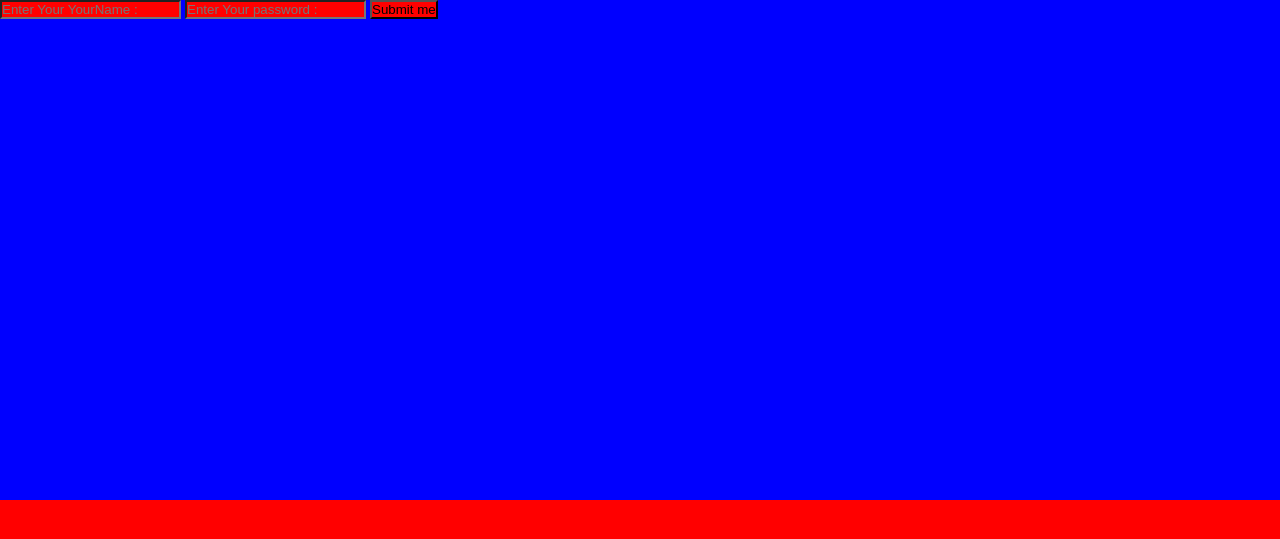
Repository: Deepak-Mane1902/simple-Calculator-using-JSP-Servlet
Page: http://localhost/webProject/
The author's editor kept a copy of each file at every save. The page is drawn from the files as they stood at one save, then again after the next save.
The browser window is 1280 px wide. The pictures show the whole page.
The page is served by Tomcat 9.

Above is the page before, as saved 2024-12-14 17:34:31.

After the next save:
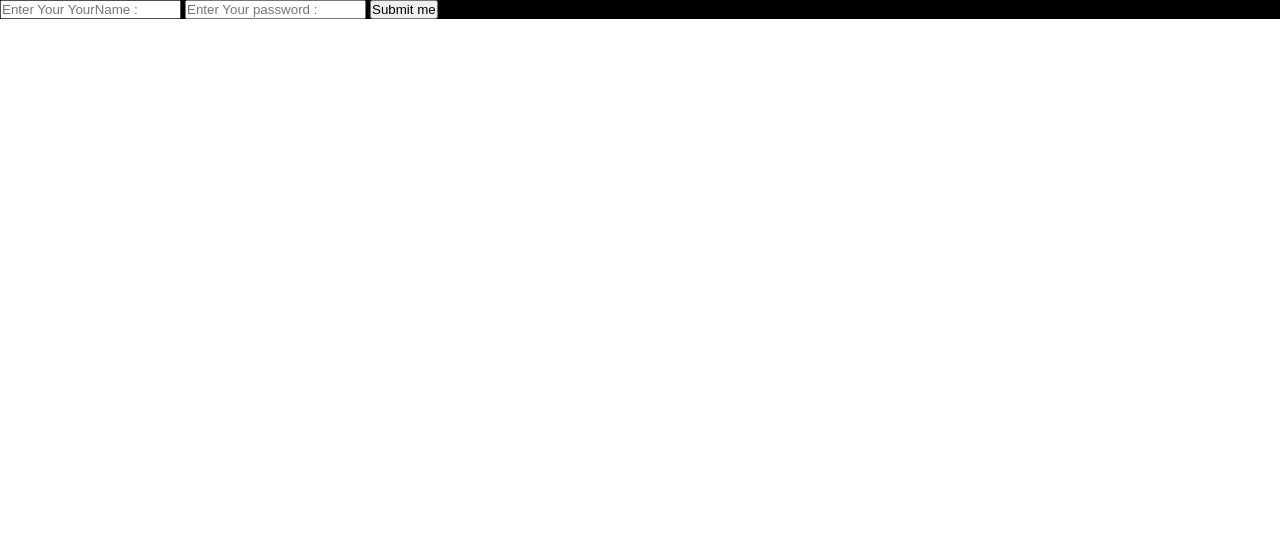
Saved 64 s later.
--- a/webProject/src/main/webapp/style.css
+++ b/webProject/src/main/webapp/style.css
@@ -1,10 +1,11 @@
 *{
 	margin:0;
 	padding:0;
-	background-color:red;
+}
+html,body{
+	width:100%;
+	height:100%;
 }
 form{
-	background-color:blue;
-	height:500px;
-	width:100%;
+	background-color:black;
 }
